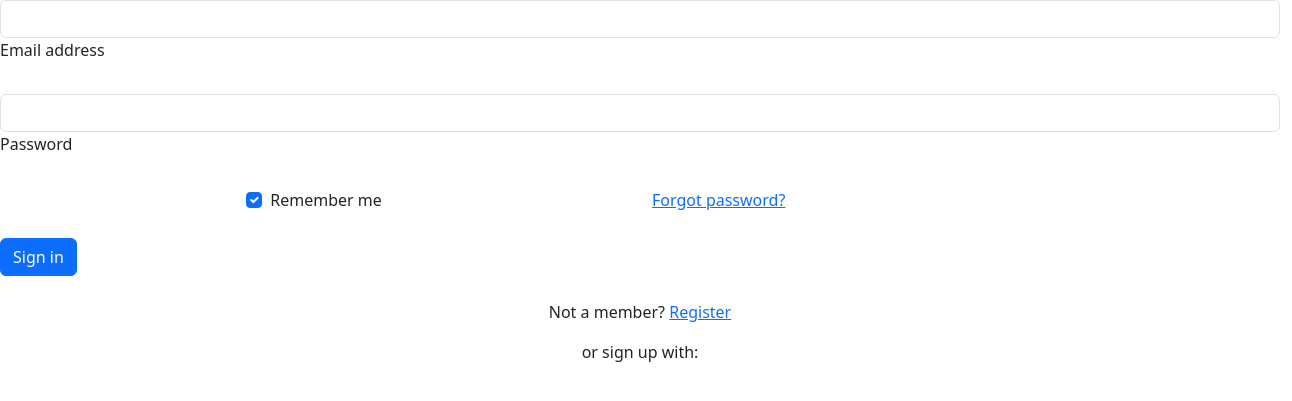
Repository: HieuNT-2001/JAVA-3---SOF203
Page: http://localhost/HocJava4/views/LoginForm.jsp
These files come from the project's save history. The page is drawn as it stood at one moment and after a run of saves; the edit follows.
The browser window is 1280 px wide. The page is 1292 px wide, then 1280 px, then 1292 px, so the pictures cover 1292 px, including what lies to the right of the window. The pictures show the whole page.
The page is served by Tomcat 9. Other server files are loaded and not shown.

Above is the page before, as saved 2024-09-28 03:07:44.

### HocJava4/src/main/webapp/views/LoginForm.jsp
<%@ page language="java" contentType="text/html; charset=UTF-8"
	pageEncoding="UTF-8"%>
<!DOCTYPE html>
<html>
<head>
<meta charset="UTF-8">
<meta name="viewport" content="width=device-width, initial-scale=1">
<title>Insert title here</title>
<link
	href="https://cdn.jsdelivr.net/npm/bootstrap@5.3.3/dist/css/bootstrap.min.css"
	rel="stylesheet"
	integrity="sha384-QWTKZyjpPEjISv5WaRU9OFeRpok6YctnYmDr5pNlyT2bRjXh0JMhjY6hW+ALEwIH"
	crossorigin="anonymous">
</head>
<body>
	<form>
		<!-- Email input -->
		<div data-mdb-input-init class="form-outline mb-4">
			<input type="email" id="form2Example1" class="form-control" /> <label
				class="form-label" for="form2Example1">Email address</label>
		</div>

		<!-- Password input -->
		<div data-mdb-input-init class="form-outline mb-4">
			<input type="password" id="form2Example2" class="form-control" /> <label
				class="form-label" for="form2Example2">Password</label>
		</div>

		<!-- 2 column grid layout for inline styling -->
		<div class="row mb-4">
			<div class="col d-flex justify-content-center">
				<!-- Checkbox -->
				<div class="form-check">
					<input class="form-check-input" type="checkbox" value=""
						id="form2Example31" checked /> <label class="form-check-label"
						for="form2Example31"> Remember me </label>
				</div>
			</div>

			<div class="col">
				<!-- Simple link -->
				<a href="#!">Forgot password?</a>
			</div>
		</div>

		<!-- Submit button -->
		<button type="button" data-mdb-button-init data-mdb-ripple-init
			class="btn btn-primary btn-block mb-4">Sign in</button>

		<!-- Register buttons -->
		<div class="text-center">
			<p>
				Not a member? <a href="#!">Register</a>
			</p>
			<p>or sign up with:</p>
			<button type="button" data-mdb-button-init data-mdb-ripple-init
				class="btn btn-link btn-floating mx-1">
				<i class="fab fa-facebook-f"></i>
			</button>

			<button type="button" data-mdb-button-init data-mdb-ripple-init
				class="btn btn-link btn-floating mx-1">
				<i class="fab fa-google"></i>
			</button>

			<button type="button" data-mdb-button-init data-mdb-ripple-init
				class="btn btn-link btn-floating mx-1">
				<i class="fab fa-twitter"></i>
			</button>

			<button type="button" data-mdb-button-init data-mdb-ripple-init
				class="btn btn-link btn-floating mx-1">
				<i class="fab fa-github"></i>
			</button>
		</div>
	</form>
	<script
		src="https://cdn.jsdelivr.net/npm/bootstrap@5.3.3/dist/js/bootstrap.bundle.min.js"
		integrity="sha384-YvpcrYf0tY3lHB60NNkmXc5s9fDVZLESaAA55NDzOxhy9GkcIdslK1eN7N6jIeHz"
		crossorigin="anonymous"></script>
</body>
</html>

After the next 2 saves:
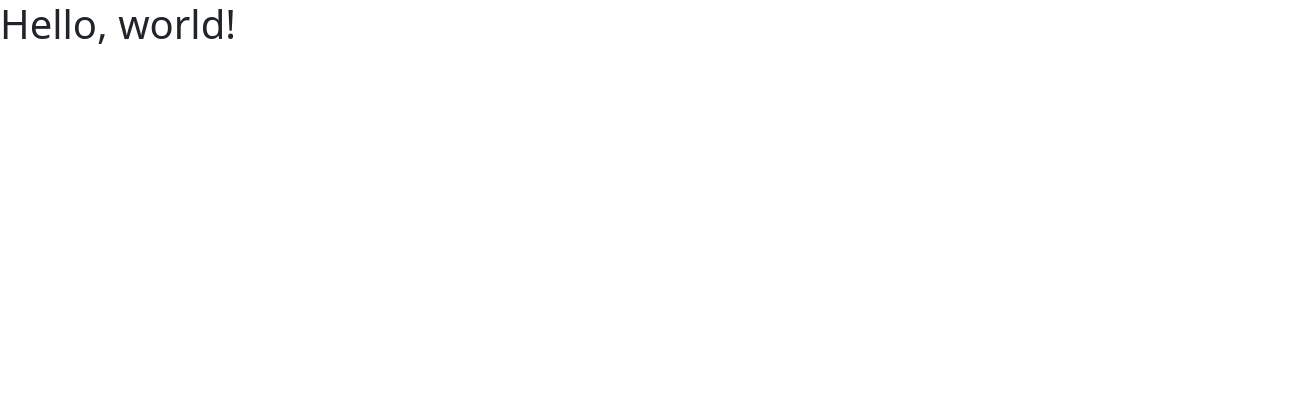
The 2 saves are shown as one change because they came seconds apart.
The last was saved 39 s later.
--- a/HocJava4/src/main/webapp/views/LoginForm.jsp
+++ b/HocJava4/src/main/webapp/views/LoginForm.jsp
@@ -1,11 +1,11 @@
 <%@ page language="java" contentType="text/html; charset=UTF-8"
 	pageEncoding="UTF-8"%>
-<!DOCTYPE html>
-<html>
+<!doctype html>
+<html lang="en">
 <head>
-<meta charset="UTF-8">
+<meta charset="utf-8">
 <meta name="viewport" content="width=device-width, initial-scale=1">
-<title>Insert title here</title>
+<title>Bootstrap demo</title>
 <link
 	href="https://cdn.jsdelivr.net/npm/bootstrap@5.3.3/dist/css/bootstrap.min.css"
 	rel="stylesheet"
@@ -13,67 +13,7 @@
 	crossorigin="anonymous">
 </head>
 <body>
-	<form>
-		<!-- Email input -->
-		<div data-mdb-input-init class="form-outline mb-4">
-			<input type="email" id="form2Example1" class="form-control" /> <label
-				class="form-label" for="form2Example1">Email address</label>
-		</div>
-
-		<!-- Password input -->
-		<div data-mdb-input-init class="form-outline mb-4">
-			<input type="password" id="form2Example2" class="form-control" /> <label
-				class="form-label" for="form2Example2">Password</label>
-		</div>
-
-		<!-- 2 column grid layout for inline styling -->
-		<div class="row mb-4">
-			<div class="col d-flex justify-content-center">
-				<!-- Checkbox -->
-				<div class="form-check">
-					<input class="form-check-input" type="checkbox" value=""
-						id="form2Example31" checked /> <label class="form-check-label"
-						for="form2Example31"> Remember me </label>
-				</div>
-			</div>
-
-			<div class="col">
-				<!-- Simple link -->
-				<a href="#!">Forgot password?</a>
-			</div>
-		</div>
-
-		<!-- Submit button -->
-		<button type="button" data-mdb-button-init data-mdb-ripple-init
-			class="btn btn-primary btn-block mb-4">Sign in</button>
-
-		<!-- Register buttons -->
-		<div class="text-center">
-			<p>
-				Not a member? <a href="#!">Register</a>
-			</p>
-			<p>or sign up with:</p>
-			<button type="button" data-mdb-button-init data-mdb-ripple-init
-				class="btn btn-link btn-floating mx-1">
-				<i class="fab fa-facebook-f"></i>
-			</button>
-
-			<button type="button" data-mdb-button-init data-mdb-ripple-init
-				class="btn btn-link btn-floating mx-1">
-				<i class="fab fa-google"></i>
-			</button>
-
-			<button type="button" data-mdb-button-init data-mdb-ripple-init
-				class="btn btn-link btn-floating mx-1">
-				<i class="fab fa-twitter"></i>
-			</button>
-
-			<button type="button" data-mdb-button-init data-mdb-ripple-init
-				class="btn btn-link btn-floating mx-1">
-				<i class="fab fa-github"></i>
-			</button>
-		</div>
-	</form>
+	<h1>Hello, world!</h1>
 	<script
 		src="https://cdn.jsdelivr.net/npm/bootstrap@5.3.3/dist/js/bootstrap.bundle.min.js"
 		integrity="sha384-YvpcrYf0tY3lHB60NNkmXc5s9fDVZLESaAA55NDzOxhy9GkcIdslK1eN7N6jIeHz"

After the 2 saves that followed:
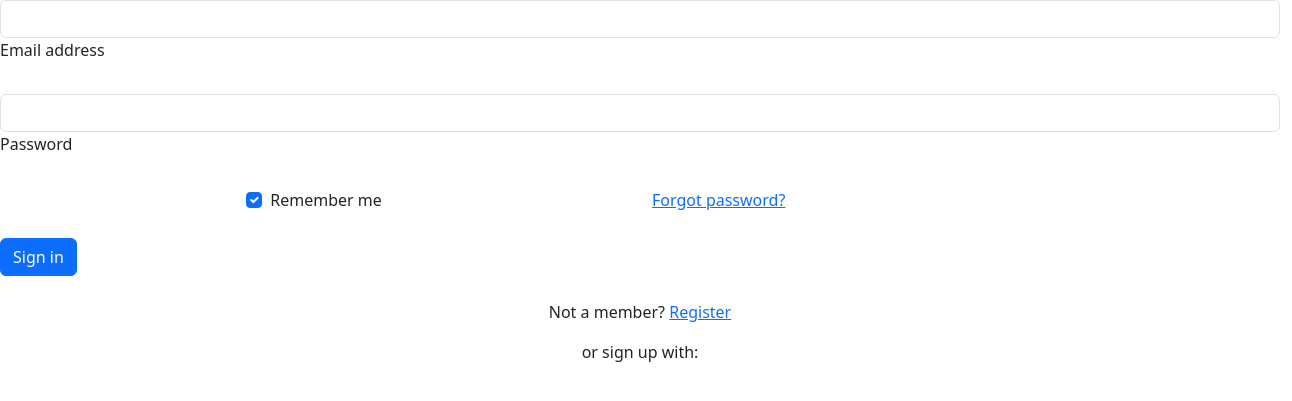
The 2 saves are shown as one change because they came seconds apart.
The last was saved 21 s later.
--- a/HocJava4/src/main/webapp/views/LoginForm.jsp
+++ b/HocJava4/src/main/webapp/views/LoginForm.jsp
@@ -13,7 +13,67 @@
 	crossorigin="anonymous">
 </head>
 <body>
-	<h1>Hello, world!</h1>
+	<form>
+		<!-- Email input -->
+		<div data-mdb-input-init class="form-outline mb-4">
+			<input type="email" id="form2Example1" class="form-control" /> <label
+				class="form-label" for="form2Example1">Email address</label>
+		</div>
+
+		<!-- Password input -->
+		<div data-mdb-input-init class="form-outline mb-4">
+			<input type="password" id="form2Example2" class="form-control" /> <label
+				class="form-label" for="form2Example2">Password</label>
+		</div>
+
+		<!-- 2 column grid layout for inline styling -->
+		<div class="row mb-4">
+			<div class="col d-flex justify-content-center">
+				<!-- Checkbox -->
+				<div class="form-check">
+					<input class="form-check-input" type="checkbox" value=""
+						id="form2Example31" checked /> <label class="form-check-label"
+						for="form2Example31"> Remember me </label>
+				</div>
+			</div>
+
+			<div class="col">
+				<!-- Simple link -->
+				<a href="#!">Forgot password?</a>
+			</div>
+		</div>
+
+		<!-- Submit button -->
+		<button type="button" data-mdb-button-init data-mdb-ripple-init
+			class="btn btn-primary btn-block mb-4">Sign in</button>
+
+		<!-- Register buttons -->
+		<div class="text-center">
+			<p>
+				Not a member? <a href="#!">Register</a>
+			</p>
+			<p>or sign up with:</p>
+			<button type="button" data-mdb-button-init data-mdb-ripple-init
+				class="btn btn-link btn-floating mx-1">
+				<i class="fab fa-facebook-f"></i>
+			</button>
+
+			<button type="button" data-mdb-button-init data-mdb-ripple-init
+				class="btn btn-link btn-floating mx-1">
+				<i class="fab fa-google"></i>
+			</button>
+
+			<button type="button" data-mdb-button-init data-mdb-ripple-init
+				class="btn btn-link btn-floating mx-1">
+				<i class="fab fa-twitter"></i>
+			</button>
+
+			<button type="button" data-mdb-button-init data-mdb-ripple-init
+				class="btn btn-link btn-floating mx-1">
+				<i class="fab fa-github"></i>
+			</button>
+		</div>
+	</form>
 	<script
 		src="https://cdn.jsdelivr.net/npm/bootstrap@5.3.3/dist/js/bootstrap.bundle.min.js"
 		integrity="sha384-YvpcrYf0tY3lHB60NNkmXc5s9fDVZLESaAA55NDzOxhy9GkcIdslK1eN7N6jIeHz"
